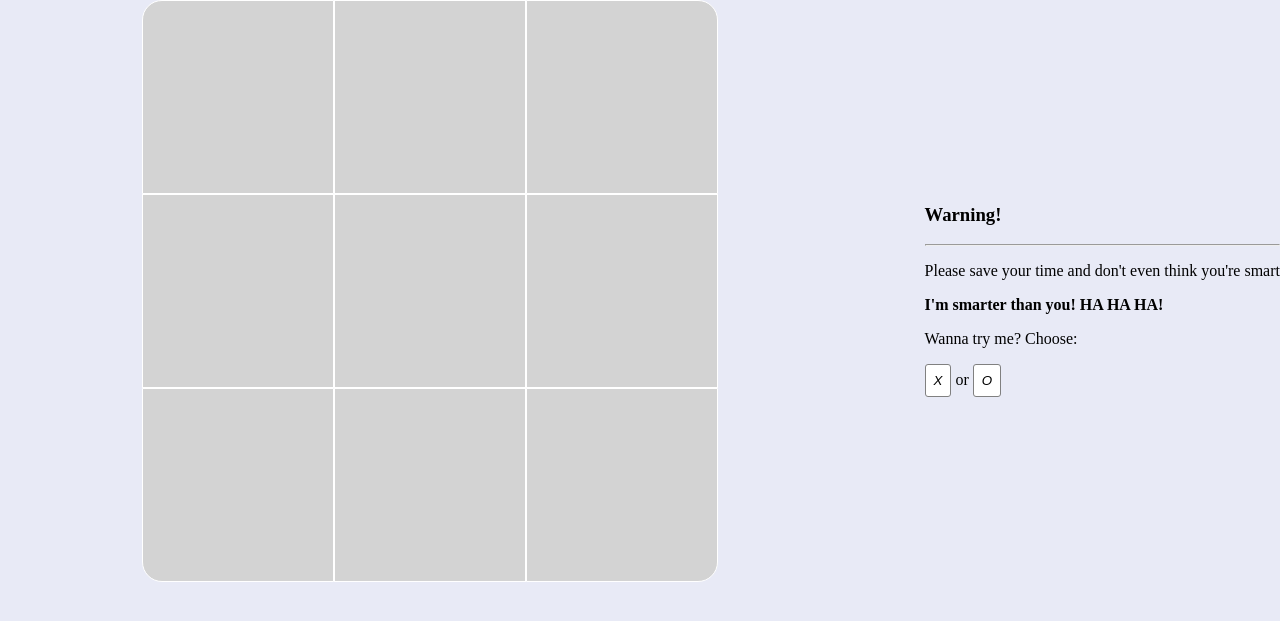
Repository: EEOOOO/javascript-projects
Page: ticTacToeGameApp/index.html
These files come from the project's save history. The page is drawn as it stood at one moment and after the next save; the edit follows.
The browser window is 1280 px wide. The pictures show the whole page.

Above is the page before, as saved 2022-07-23 09:04:31.

### ticTacToeGameApp/index.html
<!DOCTYPE html>
<html lang="en">
<head>
    <meta charset="UTF-8">
    <meta http-equiv="X-UA-Compatible" content="IE=edge">
    <meta name="viewport" content="width=device-width, initial-scale=1.0">
    <script defer src="tictactoeGameApp.js"></script>
    <link rel="stylesheet" href="style.css">
    <title>TicTacToe Game App</title>
</head>
<body>
    <div class="gameBoard">
        <div class="grid grid0"></div>
        <div class="grid grid1"></div>
        <div class="grid grid2"></div>
        <div class="grid grid3"></div>
        <div class="grid grid4"></div>
        <div class="grid grid5"></div>
        <div class="grid grid6"></div>
        <div class="grid grid7"></div>
        <div class="grid grid8"></div>
    </div>
    <div classopUp showPopUp">
        <h3>Warning!</h3>
        <hr>
        <p>Please save your time and don't even think you're smart</p>
        <strong>I'm smarter than you! HA HA HA!</strong>
        <p>Wanna try me? Choose: </p>
        <div class="buttonContainer">
            <button class="markingX button">X</button>
            <span>or</span>
            <button class="markingO button">O</button>
        </div>
    </div>
</body>
</html>

### ticTacToeGameApp/tictactoeGameApp.js
let gameBoard = document.querySelector('.gameBoard');
let grids = document.querySelectorAll('.grid');

let popUp = document.querySelector('.popUp');
let buttons = document.querySelector('.buttonContainer');
let xButton = document.querySelector('.markingX');
let oButton = document.querySelector('.markingO');
let notSelected = [0, 1, 2, 3, 4, 5, 6, 7, 8, 9];
let winningSet = [
    [0, 1, 2],
    [3, 4, 5],
    [6, 7, 8],
    [0, 3, 6],
    [1, 4, 7],
    [2, 5, 8],
    [0, 4, 8],
    [2, 4, 6]
];
user = {'clicked':[]}
computer = {'clicked':[]}

buttons.addEventListener('click', event =>{
    if (event.target.tagName === 'BUTTON'){
        if (event.target.textContent === 'X'){
            user['mark'] = 'X';
            computer['mark'] = 'O';
        }
        else{
            user['mark'] = 'O';
            computer['mark'] = 'X';
        }
    }
    popUp.classList.remove("showPopUp");

    startGame();
});

function startGame(){
    playComputer();
    playUser();
    if (checkWinner()){
        finishGame();
    }
    else{
        console.log('game');
        setTimeout(startGame(), 1000);
    }
}
function playUser(){
    setTimeout(gameBoard.addEventListener('click', event => userClickHandler(event), {once:true}));

    return
}
function userClickHandler(event){
    if (event.target.tagName === 'DIV'){
        let gridClass = '.'+ event.target.classList[1];
        let num = gridClass.charAt(gridClass.length-1);
        drawMark(gridClass, num, user['mark']);
        user['clicked'].push(num);
        console.log(user);
    }
}
function playComputer(){
    let num = getRandomNumber(notSelected);
    let gridClass = '.grid'+num;
    computer['clicked'].push(num.toString());
    console.log(computer);
    drawMark(gridClass, num, computer['mark']);

}
function drawMark(gridClass, num, mark){
    let grid = document.querySelector(gridClass);
    let markingSpan = document.createElement('span');
    markingSpan.textContent = mark;

    grid.append(markingSpan);

    notSelected.splice(num, 1);
}
function getRandomNumber(remainNum){
    let num = Math.floor(Math.random()*9);
    if (remainNum.indexOf(num) !== -1){
        return num
    } else {
        return getRandomNumber(remainNum)
    }
}
function checkWinner(){
    if (computer['clicked'].indexOf('0') != -1){
        return true
    }
    return false
}
function finishGame(){
    console.log('finish');
    return
}

### ticTacToeGameApp/style.css
* {
  box-sizing: border-box;
}
body {
  margin: 0;
  padding: 0;
  background-color: #e8eaf6;
  width: 100%;
  height: 100%;
  display: flex;
  justify-content: center;
  align-items: center;
}
.gameBoard {
  display: flex;
  flex-wrap: wrap;
  width: 50%;
  height: 50%;
  margin: auto;
}
.gameBoard .grid {
  width: 30%;
  padding-bottom: 30%;
  border: 1px solid white;
  background-color: lightgrey;
  cursor: pointer;
  position: relative;
}
.grid span {
  position: absolute;
  left: 20%;
  top: 15%;
  font-size: 5em;
  font-weight: 300;
  color: #424242;
}
.grid0 {
  border-radius: 20px 0 0 0;
}
.grid2 {
  border-radius: 0 20px 0 0;
}
.grid6 {
  border-radius: 0 0 0 20px;
}
.grid8 {
  border-radius: 0 0 20px 0;
}
.popUp {
  position: absolute;
  background-color: white;
  border-radius: 30px;
  opacity: 0.8;
  padding: 1rem 4rem;
  text-align: center;
  display: none;
}
.showPopUp {
  display: block;
}
.button {
  background-color: white;
  padding: 0.5rem;
  border: 0.5px solid gray;
  border-radius: 3px;
  cursor: pointer;
  transitoin: background-color 0.2s, color 0.2s;
  font-style: italic;
}
.button:hover {
  background-color: grey;
  color: white;
}

### ticTacToeGameApp/tictactoeGameAppCopy.js
let gameBoard = document.querySelector('.gameBoard');
let grids = document.querySelectorAll('.grid');

let popUp = document.querySelector('.popUp');
let buttons = document.querySelector('.buttonContainer');
let xButton = document.querySelector('.markingX');
let oButton = document.querySelector('.markingO');
let notSelected = [0, 1, 2, 3, 4, 5, 6, 7, 8, 9];
let winningSet = [
    [0, 1, 2],
    [3, 4, 5],
    [6, 7, 8],
    [0, 3, 6],
    [1, 4, 7],
    [2, 5, 8],
    [0, 4, 8],
    [2, 4, 6]
];
user = {'clicked':[]}
computer = {'clicked':[]}

buttons.addEventListener('click', event =>{
    if (event.target.tagName === 'BUTTON'){
        if (event.target.textContent === 'X'){
            user['mark'] = 'X';
            computer['mark'] = 'O';
        }
        else{
            user['mark'] = 'O';
            computer['mark'] = 'X';
        }
    }
    popUp.classList.remove("showPopUp");

    startGame();
});

function startGame(){
    playComputer();
    playUser();
    if (checkWinner()){
        finishGame();
    }
    else{
        startGame();
    }
}
function playUser(){
    gameBoard.addEventListener('click', userClickHandler);
    gameBoard.addEventListener('click', userClickHandler, {once:true});

    return
}
function userClickHandler(event){
    if (event.target.tagName === 'DIV'){
        let gridClass = '.'+ event.target.classList[1];
        let num = gridClass.charAt(gridClass.length-1);
        drawMark(gridClass, num, user['mark']);
        user['clicked'].push(num);
        console.log(user);
    }
}
function playComputer(){
    let num = getRandomNumber(notSelected);
    let gridClass = '.grid'+num;
    computer['clicked'].push(num.toString());
    console.log(computer);
    drawMark(gridClass, num, computer['mark']);

}
function drawMark(gridClass, num, mark){
    let grid = document.querySelector(gridClass);
    let markingSpan = document.createElement('span');
    markingSpan.textContent = mark;

    grid.append(markingSpan);

    notSelected.splice(num, 1);
}
function getRandomNumber(remainNum){
    let num = Math.floor(Math.random()*9);
    if (remainNum.indexOf(num) !== -1){
        return num
    } else {
        return getRandomNumber(remainNum)
    }
}
function checkWinner(){
    if (computer['clicked'].indexOf('0') != -1){
        return true
    }
    return false
}
function finishGame(){
    console.log('finish');
    return
}

After the next save:
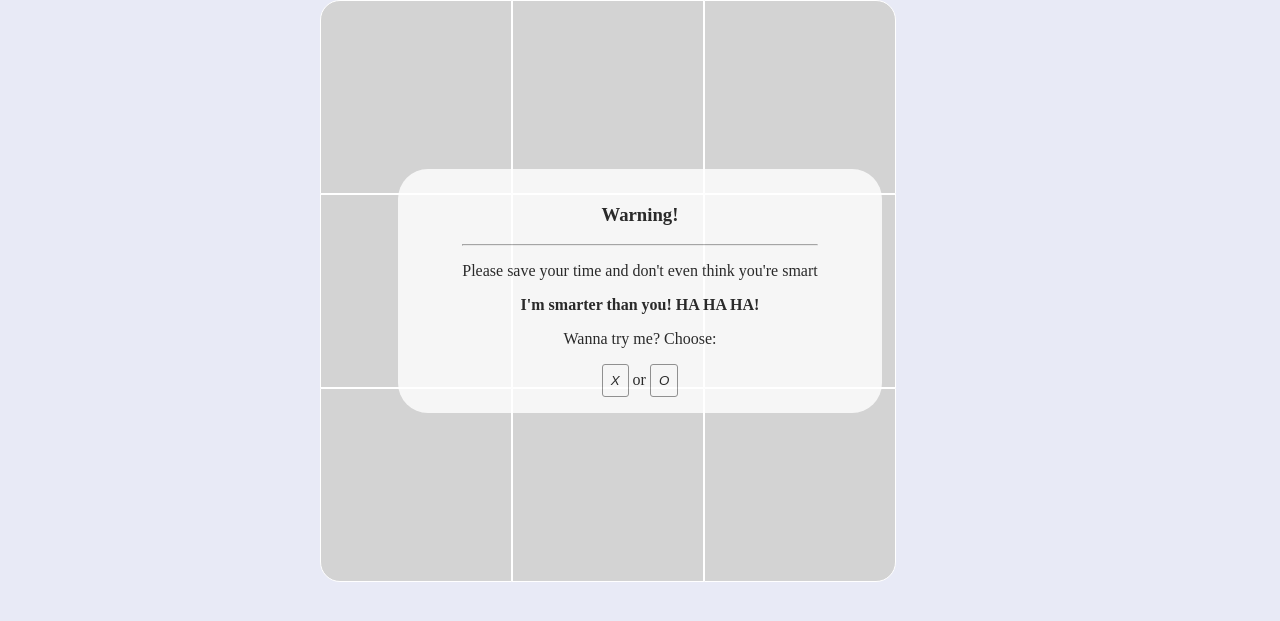
Saved 52 s later.
--- a/ticTacToeGameApp/index.html
+++ b/ticTacToeGameApp/index.html
@@ -4,7 +4,7 @@
     <meta charset="UTF-8">
     <meta http-equiv="X-UA-Compatible" content="IE=edge">
     <meta name="viewport" content="width=device-width, initial-scale=1.0">
-    <script defer src="tictactoeGameApp.js"></script>
+    <script defer src="tictactoeGameAppCopy.js"></script>
     <link rel="stylesheet" href="style.css">
     <title>TicTacToe Game App</title>
 </head>
@@ -20,7 +20,7 @@
         <div class="grid grid7"></div>
         <div class="grid grid8"></div>
     </div>
-    <div classopUp showPopUp">
+    <div class="popUp showPopUp">
         <h3>Warning!</h3>
         <hr>
         <p>Please save your time and don't even think you're smart</p>
